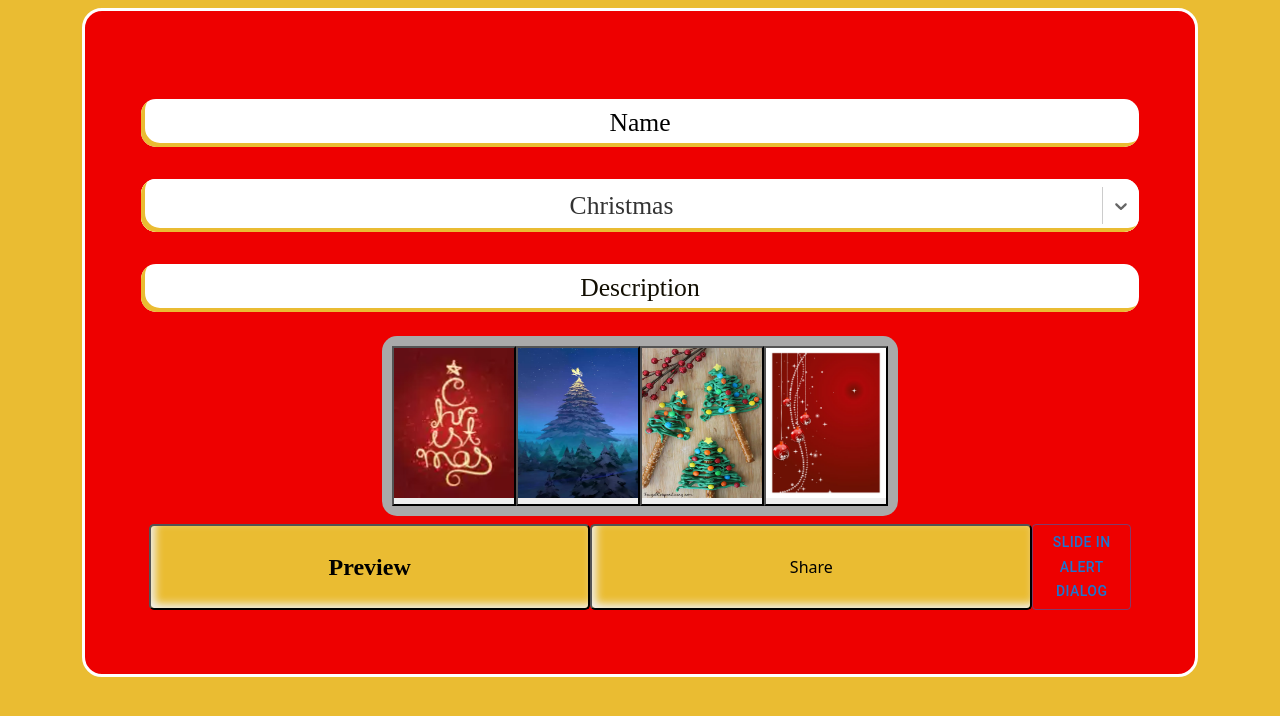
Repository: Haneef-Shaik/Greetings
Page: /
These files come from the project's save history. The page is drawn as it stood at one moment and after the next save; the edit follows.
The browser window is 1280 px wide. The pictures show the whole page.
The project was rebuilt for these pictures with package versions that can differ from the ones it lists, and the page was loaded fresh each time. The framework's server and built-in components were replaced by stand-ins that run in the browser. Also part of the build but not shown: next.config.js, styles/card.module.scss, components/card.js, styles/socialShare.module.scss, components/socialShare.js.

Above is the page before, as saved 2021-12-05 22:37:40.

After the next save:
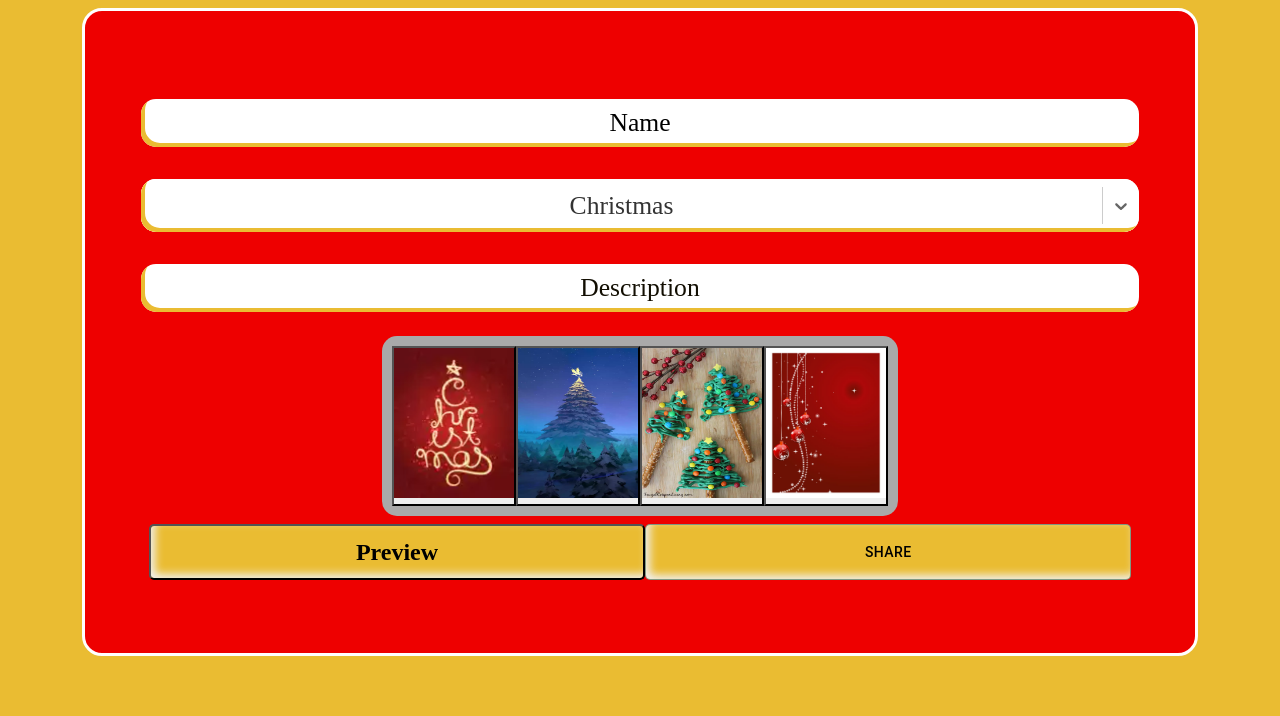
Saved 2 min 53 s later.
--- a/components/inpForm.jsx
+++ b/components/inpForm.jsx
@@ -143,10 +143,10 @@ function Edit() {
 
                                 <div className="footerBanner p-2 m-0 d-flex justify-content-around" style={{width: '100%'}}>
                                     <button className="px-4 py-2" style={{backgroundColor:'#EABC32',boxShadow:'inset 4px -4px 8px #f0f0f0',width:'100%',borderRadius:'5px',color:'#000' }} > <Link href={`/display?event=${festivalName}&name=${festivalName}&bgImg=${IMG1} `} ><a style={{textDecoration: 'none',color:'#000',fontFamily:'Times New Roman',fontWeight:'bold',fontSize:'1.5rem'}}> Preview </a></Link> </button>
-                                    <button className="px-4 py-2" style={{backgroundColor:'#EABC32',boxShadow:'inset 4px -4px 8px #f0f0f0',width:'100%',borderRadius:'5px',color:'#000' }} >  Share </button>
+                                    {/* <button className="px-4 py-2"  >  Share </button> */}
 
-                                    <Button variant="outlined" onClick={handleClickOpen}>
-        Slide in alert dialog
+                                    <Button variant="outlined" onClick={handleClickOpen} style={{backgroundColor:'#EABC32',boxShadow:'inset 4px -4px 8px #f0f0f0',width:'100%',borderRadius:'5px',color:'#000' }} >
+        Share
       </Button>
       <Dialog
         open={open}
